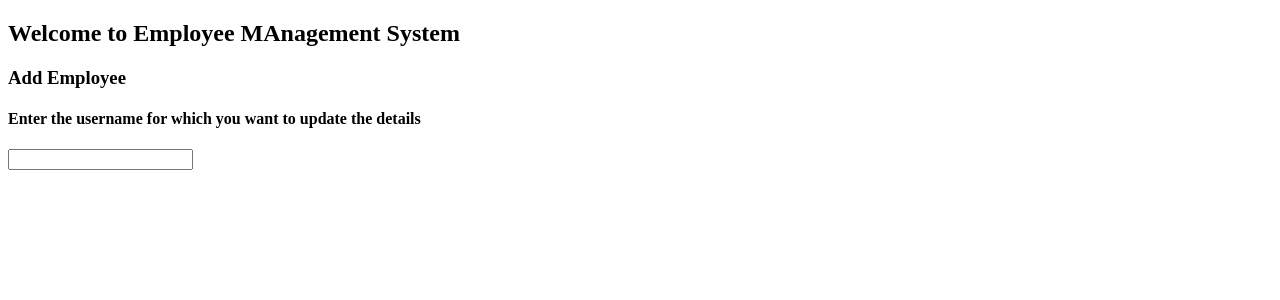
Repository: aamir5773/Spring
Page: http://localhost/SpringMvcEmployeeManagement-1WithJdbc/WEB-INF/pages/ModifyEmployee.jsp
The author's editor kept a copy of each file at every save. The page is drawn from the files as they stood at one save, then again after the next save.
The browser window is 1280 px wide. The pictures show the whole page.
The page is served by Tomcat 9. Nobody is signed in. The template is opened directly, without the code that normally fills it, so the values that code supplies are empty.

Above is the page before, as saved 2019-11-14 09:20:47.

After the next save:
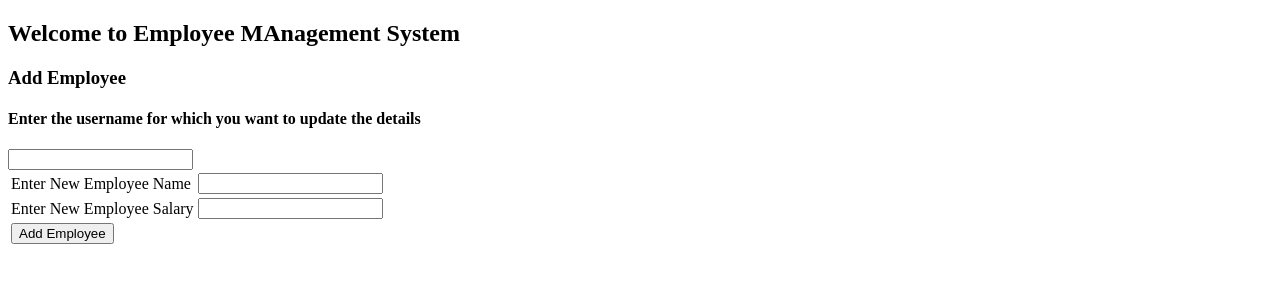
Saved 91 s later.
--- a/SpringMvcEmployeeManagement-1WithJdbc/WebContent/WEB-INF/pages/ModifyEmployee.jsp
+++ b/SpringMvcEmployeeManagement-1WithJdbc/WebContent/WEB-INF/pages/ModifyEmployee.jsp
@@ -12,5 +12,19 @@
 <form action="modifyEmployee.do" method="post"></form>
 <h4>Enter the username for which you want to update the details</h4>
 <input type="text" name="employeeid">
+
+<table>
+	<tr>
+		<td>Enter New Employee Name </td>
+		<td><input type="text" name="employeeName"></td>
+	</tr>
+	<tr>
+	<td>Enter New Employee Salary </td>
+		<td><input type="text" name="employeeSalary"></td>
+	</tr>
+	<tr>
+		<td><input type="submit" value="Add Employee"></td>
+	</tr>
+</table>
 </body>
 </html>
